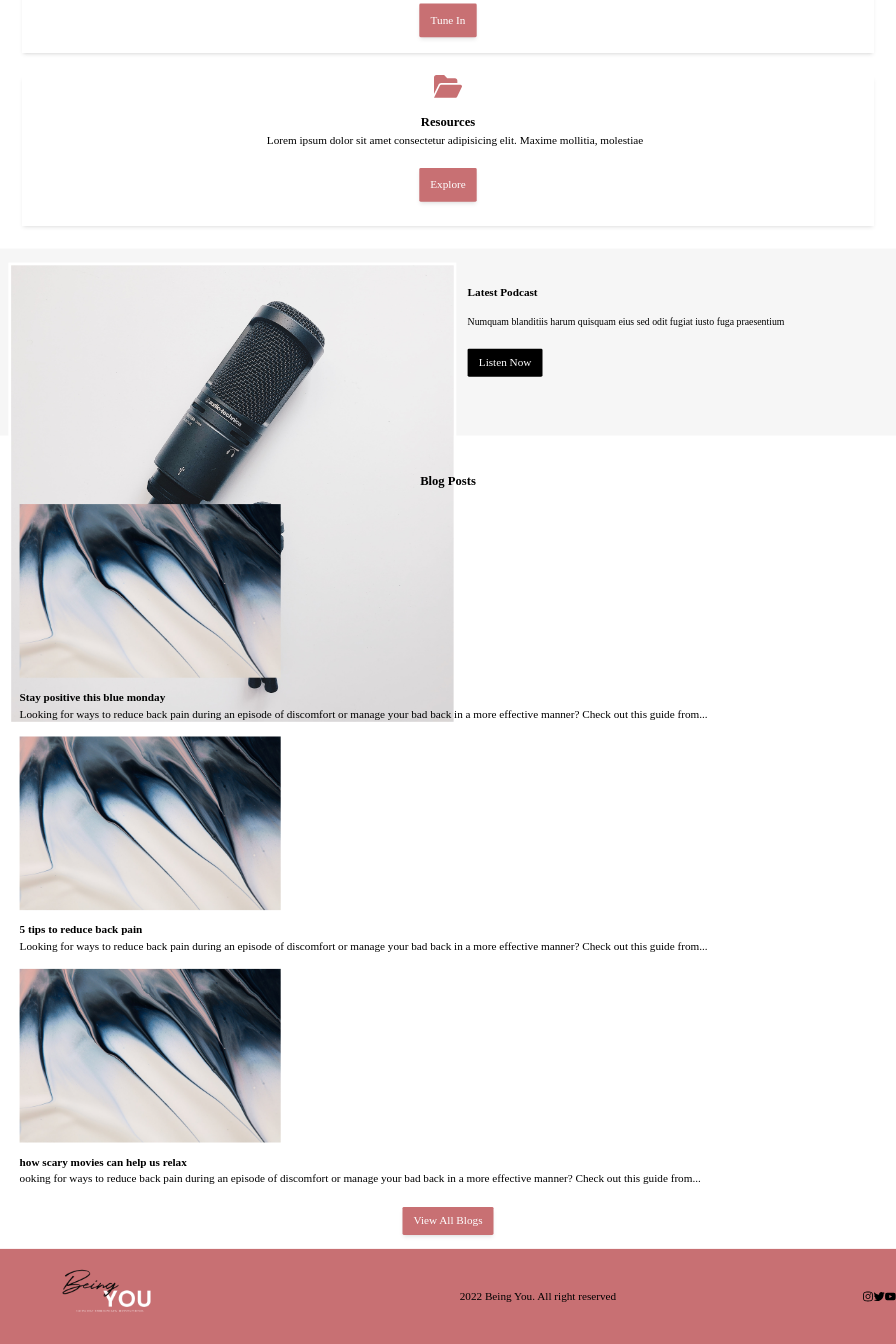
Repository: BrightonMboya/being-you
Page: /
These files come from the project's save history. The page is drawn as it stood at one moment and after the next save; the edit follows.
The browser window is 1280 px wide. The pictures show the part of the page from y = 1233 to 3153 px (the page is 3153 px tall before and 3053 px after), at 70% of full size.
The project was rebuilt for these pictures with package versions that can differ from the ones it lists, and the page was loaded fresh each time.

Above is the page before, as saved 2022-05-29 10:03:49.

After the next save:
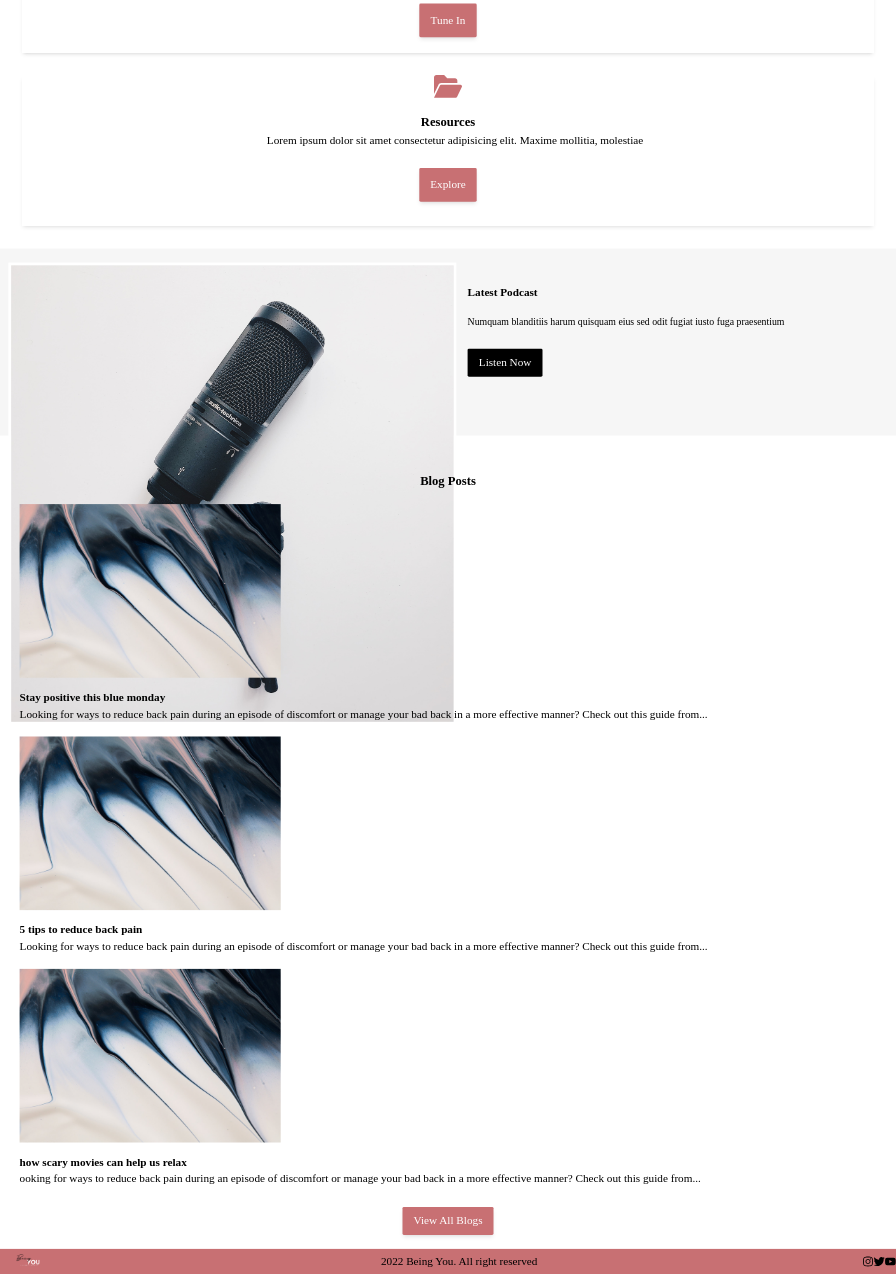
Saved 8 s later.
--- a/src/Components/Footer/Footer.jsx
+++ b/src/Components/Footer/Footer.jsx
@@ -6,7 +6,7 @@ const Footer = () => {
     const year = new Date().getFullYear();
   return <div className="bg-[#C87073] flex justify-between items-center">
       <div>
-          <img src={logo2} alt="" className="h-full" />
+          <img src={logo2} alt="" className="h-full w-20" />
       </div>
 
       <div>
